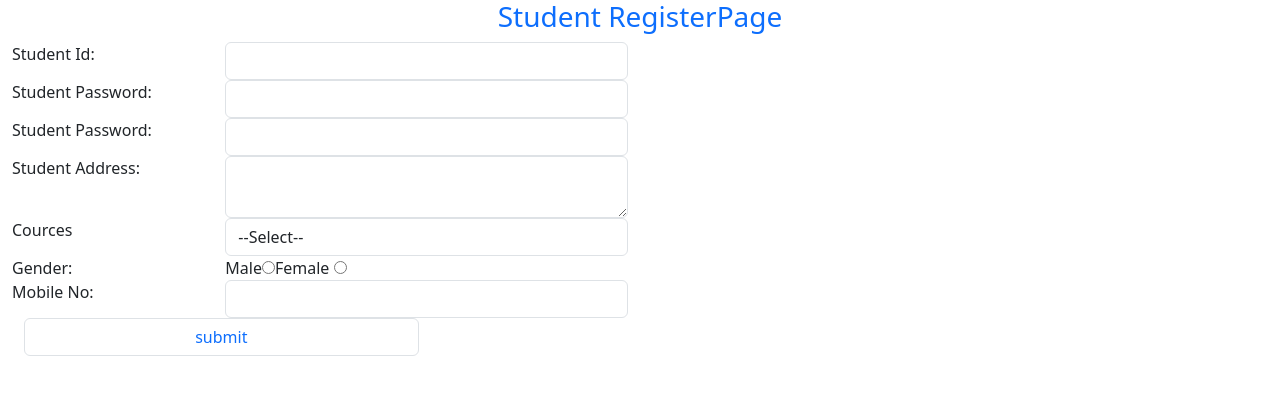
Repository: speaktwojitendra/WareHouseApp
Page: http://localhost/StudentRegister
These files come from the project's save history. The page is drawn as it stood at one moment and after the next save; the edit follows.
The browser window is 1280 px wide. The pictures show the whole page.
The page is this project's Thymeleaf template; nobody is signed in. The template is opened directly, without the code that normally fills it, so the values that code supplies are empty.

Above is the page before, as saved 2026-01-11 10:39:28.

After the next save:
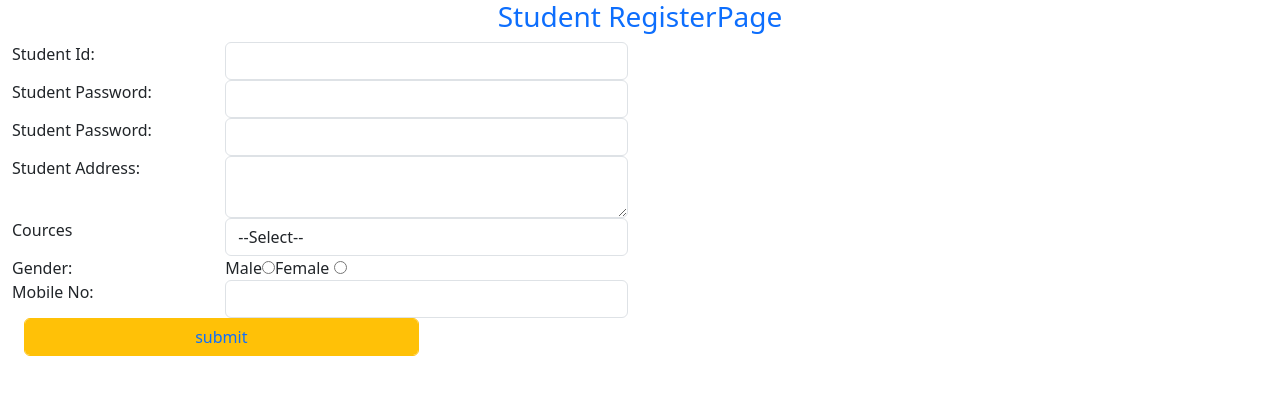
Saved 40 s later.
--- a/student1App/src/main/resources/templates/StudentRegister.html
+++ b/student1App/src/main/resources/templates/StudentRegister.html
@@ -72,7 +72,7 @@
 
 <div class="row">
 
-<div class="col-4"><input type=submit value=submit class="form-control col4 text-primary"></div>
+<div class="col-4"><input type=submit value=submit class="form-control col4 text-primary btn btn-warning"></div>
 
 
 </div>
